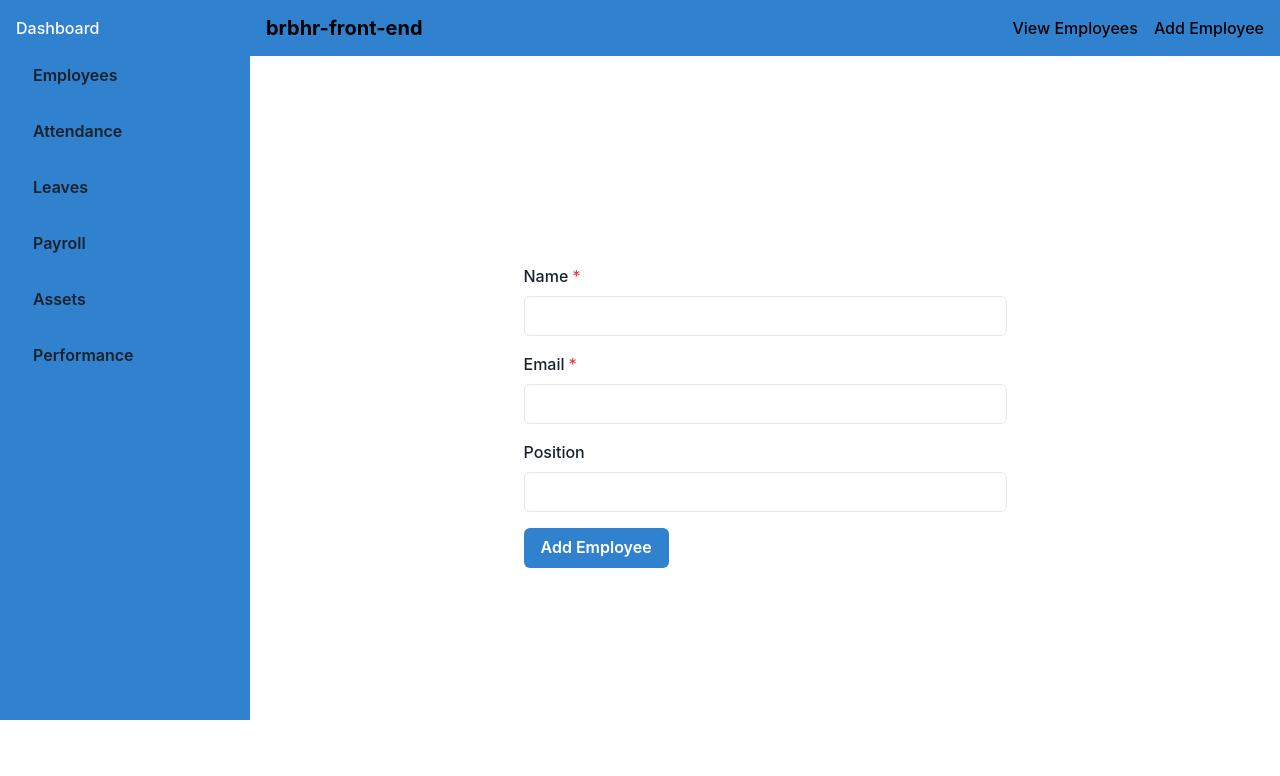
Repository: apipulse/brbhr-frontend
Page: /add-employee
The author's editor kept a copy of each file at every save. The page is drawn from the files as they stood at one save, then again after the next save.
The browser window is 1280 px wide. The pictures show the whole page.
The project was rebuilt for these pictures with package versions that can differ from the ones it lists, and the page was loaded fresh each time. Also part of the build but not shown: vite.config.js, src/components/pages/Home.jsx, src/components/employee/EmployeeList.jsx, src/services/LeaveService.js, src/components/employee/LeaveList.jsx, src/components/employee/LeaveForm.jsx.

Above is the page before, as saved 2024-01-19 20:50:43.

### src/App.jsx
import React from 'react';
import { ChakraProvider, Flex } from '@chakra-ui/react';
import { BrowserRouter as Router, Route, Routes } from 'react-router-dom';
import NavBar from './components/layout/NavBar';
import SideBar from './components/layout/SideBar';
import Home from './components/pages/Home';
import EmployeeList from './components/employee/EmployeeList';
import AddEmployee from './components/employee/AddEmployee';
import LeaveList from './components/employee/LeaveList';
import LeaveForm from './components/employee/LeaveForm';

const App = () => {
  return (
    <ChakraProvider>
      <Router>
        <Flex>
          <SideBar />
          <Flex flexDirection="column" width="calc(100vw - 250px)"> {/* Adjust the width */}
            <NavBar />
            <Routes>
              <Route exact path="/" element={<Home />} />
              <Route path="/employees" element={<EmployeeList />} />
              <Route path="/add-employee" element={<AddEmployee />} />
              <Route path="/leaves" element={<LeaveList />} />
              <Route path="/add-leave" element={<LeaveForm />} />
              {/* Add more routes as needed */}
            </Routes>
          </Flex>
        </Flex>
      </Router>
    </ChakraProvider>
  );
};

export default App;

### src/components/layout/NavBar.jsx
import { Box, Flex, Link, Heading, Spacer, useMediaQuery } from '@chakra-ui/react';
import { Link as RouterLink } from 'react-router-dom';

const NavBar = () => {
  const [isLargerThan768] = useMediaQuery('(min-width: 768px)');

  return (
    <Flex
    bg="blue.500"
    p="4"
    color="black"
    width="full" // Adjust to take full width of the parent container
    direction={isLargerThan768 ? 'row' : 'column'}
    align="center"
    justify={isLargerThan768 ? "space-between" : "center"}
  >
      <Box>
        <Heading size="md">brbhr-front-end</Heading>
      </Box>
      <Spacer />
      <Box mt={!isLargerThan768 ? 4 : 0}>
        <Link as={RouterLink} to="/employees" mx="4">View Employees</Link>
        <Link as={RouterLink} to="/add-employee">Add Employee</Link>
        {/* Add more links as needed */}
      </Box>
    </Flex>
  );
};

export default NavBar;

### src/components/layout/SideBar.jsx
import React, { useState } from 'react';
import { Box, Link, VStack, Collapse, Button, useDisclosure } from '@chakra-ui/react';
import { Link as RouterLink } from 'react-router-dom';

const SidebarLinkGroup = ({ title, children }) => {
  const { isOpen, onToggle } = useDisclosure();
  return (
    <Box>
      <Button variant="ghost" onClick={onToggle} width="100%" justifyContent="flex-start">
        {title}
      </Button>
      <Collapse in={isOpen} animateOpacity>
        <VStack spacing={2} align="stretch" pl={4}>
          {children}
        </VStack>
      </Collapse>
    </Box>
  );
};

const Sidebar = () => {
  return (
    <Box bg="blue.500" h="100vh" w="250px" color="white" p="4">
      <VStack spacing={4} align="stretch">
        {/* Dashboard */}
        <Link as={RouterLink} to="/dashboard">Dashboard</Link>

        {/* Employees */}
        <SidebarLinkGroup title="Employees">
          <Link as={RouterLink} to="/employees/list">Employee List</Link>
          <Link as={RouterLink} to="/employees/add">Add Employee</Link>
          {/* Additional Employee-related links */}
        </SidebarLinkGroup>

        {/* Attendance */}
        <SidebarLinkGroup title="Attendance">
          <Link as={RouterLink} to="/attendance/records">Attendance Records</Link>
          <Link as={RouterLink} to="/attendance/report">Attendance Report</Link>
          {/* Additional Attendance-related links */}
        </SidebarLinkGroup>

        {/* Leaves */}
        <SidebarLinkGroup title="Leaves">
          <Link as={RouterLink} to="/leaves/apply">Apply for Leave</Link>
          <Link as={RouterLink} to="/leaves/status">Leave Status</Link>
          {/* Additional Leaves-related links */}
        </SidebarLinkGroup>

        {/* Payroll */}
        <SidebarLinkGroup title="Payroll">
          <Link as={RouterLink} to="/payroll/salary">Salary Details</Link>
          <Link as={RouterLink} to="/payroll/statements">Payroll Statements</Link>
          {/* Additional Payroll-related links */}
        </SidebarLinkGroup>

        {/* Assets */}
        <SidebarLinkGroup title="Assets">
          <Link as={RouterLink} to="/assets/manage">Manage Assets</Link>
          <Link as={RouterLink} to="/assets/assign">Assign Assets</Link>
          {/* Additional Asset-related links */}
        </SidebarLinkGroup>

        {/* Performance (PMS) */}
        <SidebarLinkGroup title="Performance">
          <Link as={RouterLink} to="/performance/reviews">Performance Reviews</Link>
          <Link as={RouterLink} to="/performance/goals">Set Goals</Link>
          {/* Additional Performance-related links */}
        </SidebarLinkGroup>

        {/* Additional main categories as needed */}
      </VStack>
    </Box>
  );
};

export default Sidebar;

### src/components/employee/AddEmployee.jsx
import React, { useState } from 'react';
import { Box, FormControl, FormLabel, Input, Button, Flex, useMediaQuery } from '@chakra-ui/react';
import { createEmployee } from '../../services/EmployeeService';

const AddEmployee = () => {
    const [employee, setEmployee] = useState({
        name: '',
        emailId: '',
        position: '',
        // Add other relevant fields
    });

    const [isLargerThan768] = useMediaQuery('(min-width: 768px)');

    const handleChange = (e) => {
        setEmployee({ ...employee, [e.target.name]: e.target.value });
    };

    const handleSubmit = async (e) => {
        e.preventDefault();
        try {
            const newEmployee = await createEmployee(employee);
            console.log('Employee added:', newEmployee);
            // Additional logic after creation
        } catch (error) {
            console.error('Error creating employee:', error);
            // Error handling logic
        }
    };

    return (
        <Flex align="center" justify="center" minHeight={isLargerThan768 ? "100vh" : "auto"}>
            <Box p={4} width={isLargerThan768 ? "50%" : "90%"}>
                <form onSubmit={handleSubmit}>
                    <FormControl id="name" isRequired>
                        <FormLabel>Name</FormLabel>
                        <Input name="name" type="text" onChange={handleChange} />
                    </FormControl>
                    <FormControl id="email" isRequired mt={4}>
                        <FormLabel>Email</FormLabel>
                        <Input name="emailId" type="email" onChange={handleChange} />
                    </FormControl>
                    <FormControl id="position" mt={4}>
                        <FormLabel>Position</FormLabel>
                        <Input name="position" type="text" onChange={handleChange} />
                    </FormControl>
                    {/* Add other form controls as needed */}
                    <Button mt={4} colorScheme="blue" type="submit">Add Employee</Button>
                </form>
            </Box>
        </Flex>
    );
};

export default AddEmployee;

### src/services/EmployeeService.js
import axios from './axiosInstance';

export const getEmployees = async () => {
    try {
        const response = await axios.get('employees');
        return response.data;
    } catch (error) {
        console.error('Error fetching employees:', error);
        throw error;
    }
};

export const getEmployeeById = async (id) => {
    try {
        const response = await axios.get(`employees/${id}`);
        return response.data;
    } catch (error) {
        console.error('Error fetching employee:', error);
        throw error;
    }
};


export const createEmployee = async (employeeData) => {
    try {
        const response = await axios.post('employees', employeeData);
        return response.data;
    } catch (error) {
        console.error('Error creating employee:', error);
        throw error;
    }
};

export const updateEmployee = async (id, employeeData) => {
    try {
        const response = await axios.put(`employees/${id}`, employeeData);
        return response.data;
    } catch (error) {
        console.error('Error updating employee:', error);
        throw error;
    }
};

export const deleteEmployee = async (id) => {
    try {
        await axios.delete(`employees/${id}`);
    } catch (error) {
        console.error('Error deleting employee:', error);
        throw error;
    }
};

### src/services/axiosInstance.js
import axios from 'axios';

const axiosInstance = axios.create({
    baseURL: 'http://localhost:8080/api/', // Update with your actual API URL
    // You can add more default settings here
});

export default axiosInstance;

Loaded but not shown: index.html (common file); src/main.jsx (common file); src/index.css (common file)

After the next save:
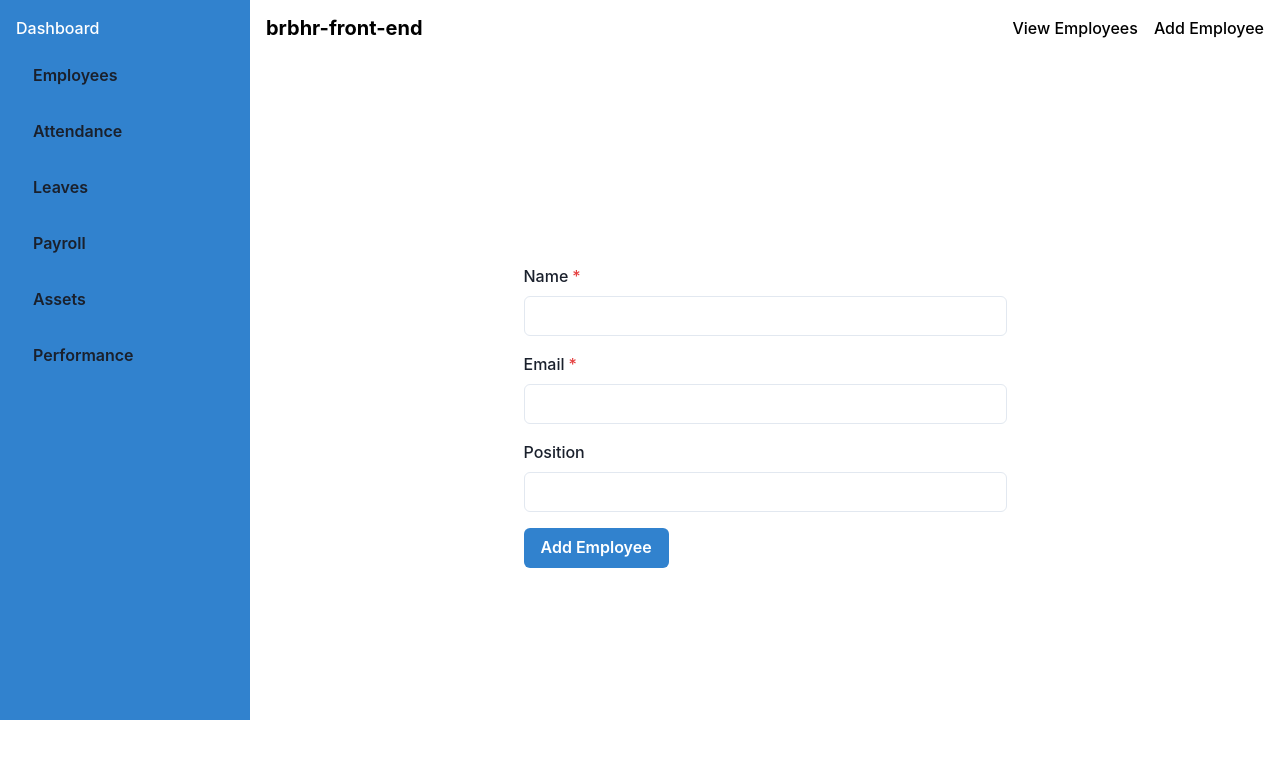
Saved 21 s later.
--- a/src/components/layout/NavBar.jsx
+++ b/src/components/layout/NavBar.jsx
@@ -6,7 +6,7 @@
 
   return (
     <Flex
-    bg="blue.500"
+    bg="grey.500"
     p="4"
     color="black"
     width="full" // Adjust to take full width of the parent container

After the save that followed:
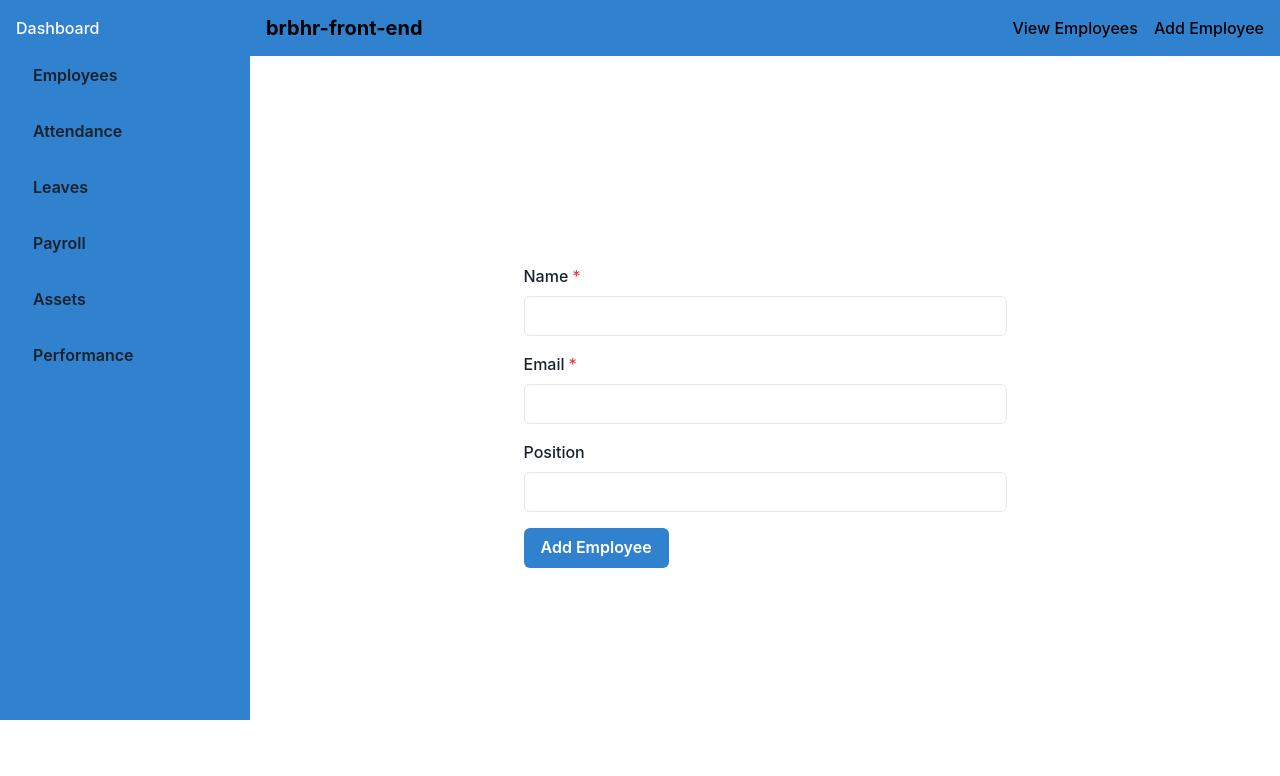
Saved 11 s later.
--- a/src/components/layout/NavBar.jsx
+++ b/src/components/layout/NavBar.jsx
@@ -6,7 +6,7 @@
 
   return (
     <Flex
-    bg="grey.500"
+    bg="blue.500"
     p="4"
     color="black"
     width="full" // Adjust to take full width of the parent container
